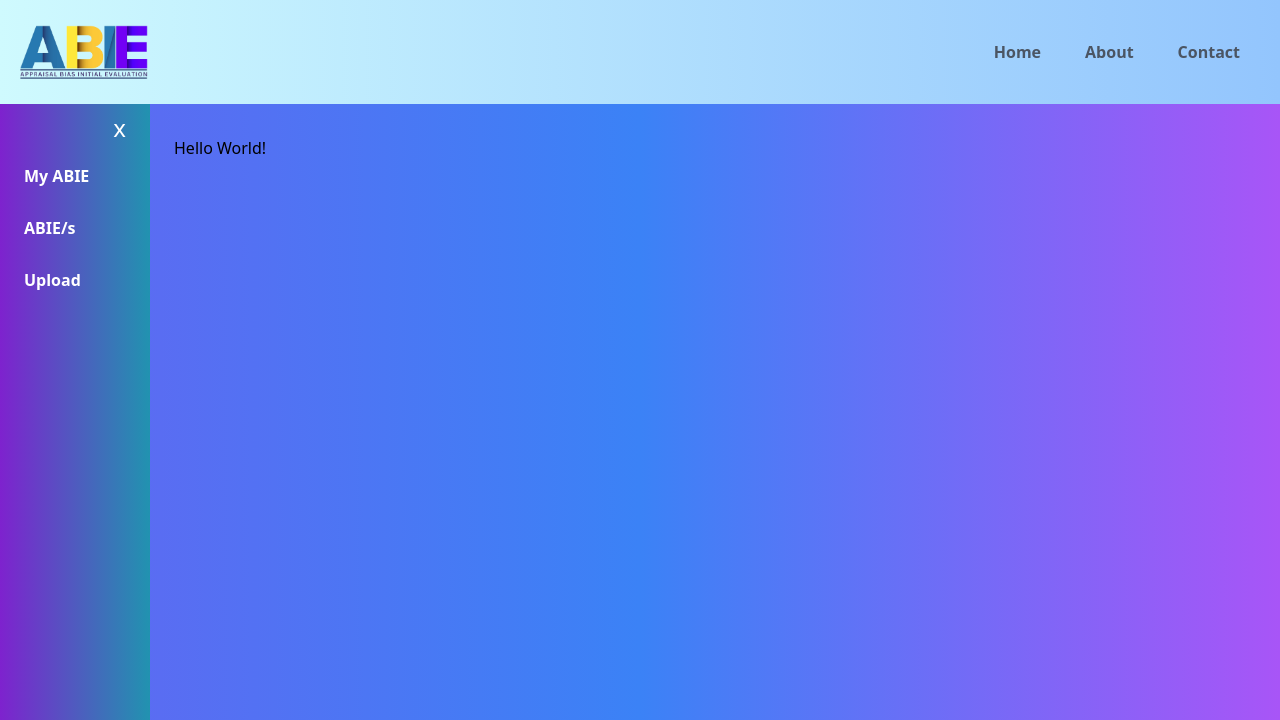
Repository: WafulaLukorito/Abie-frontend
Page: /dashboard
An editor plug-in stored every save of this project. The page is shown before and after the next save, followed by the edit.
The browser window is 1280 px wide. The pictures show the whole page.
The project was rebuilt for these pictures with package versions that can differ from the ones it lists, and the page was loaded fresh each time. Also part of the build but not shown: vite.config.js, src/components/Header/Button.jsx, src/components/Header/Links.jsx, src/components/Header/index.jsx, src/pages/Home.jsx, src/pages/About.jsx.

Above is the page before, as saved 2024-01-26 17:26:10.

After the next save:
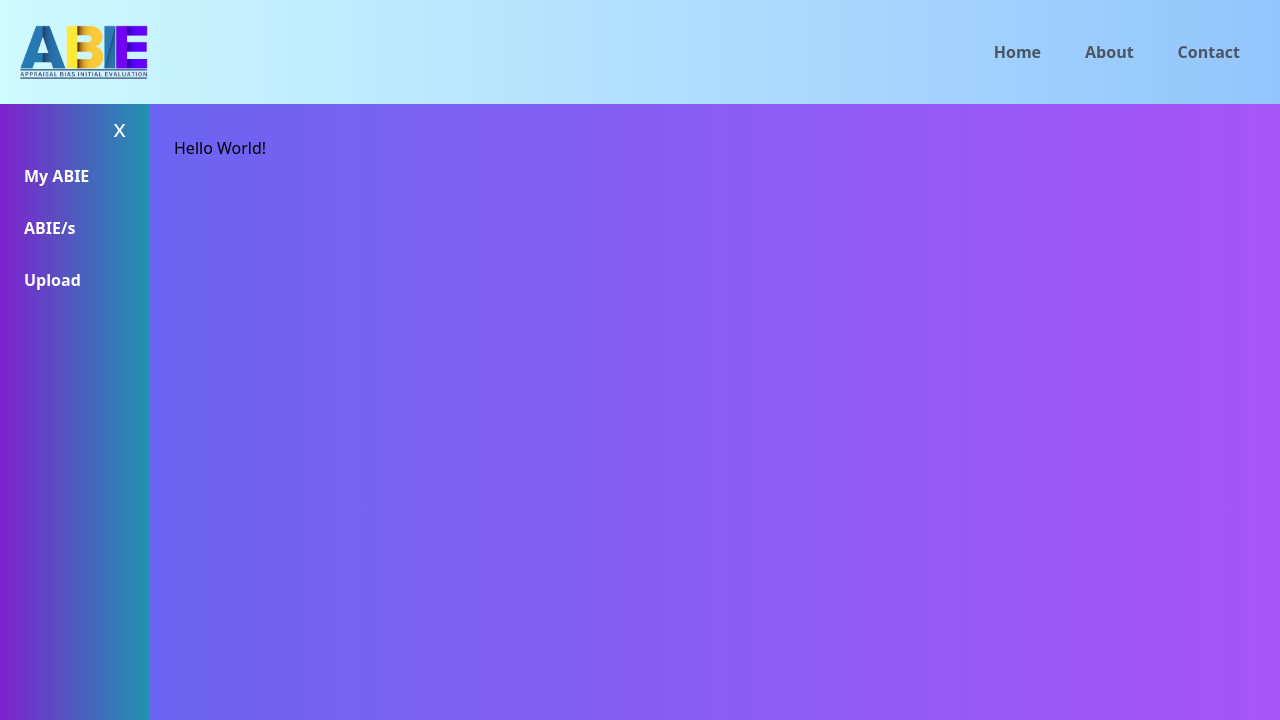
Saved 32 s later.
--- a/src/pages/Dashboard.jsx
+++ b/src/pages/Dashboard.jsx
@@ -10,7 +10,7 @@
     };
 
     return (
-        <div className="flex h-screen bg-gradient-to-r from-indigo-500 via-blue-500 to-purple-500 " >
+        <div className="flex h-screen bg-gradient-to-r from-indigo-500 to-purple-500 " >
        {/* // style={{ background: 'linear-gradient(to left, #6dd5ed, #2193b0)' }}>  Gradient background */}
             <Sidebar isOpen={isSidebarOpen} toggleSidebar={toggleSidebar} />
             <div className="flex flex-col flex-1 overflow-hidden">
